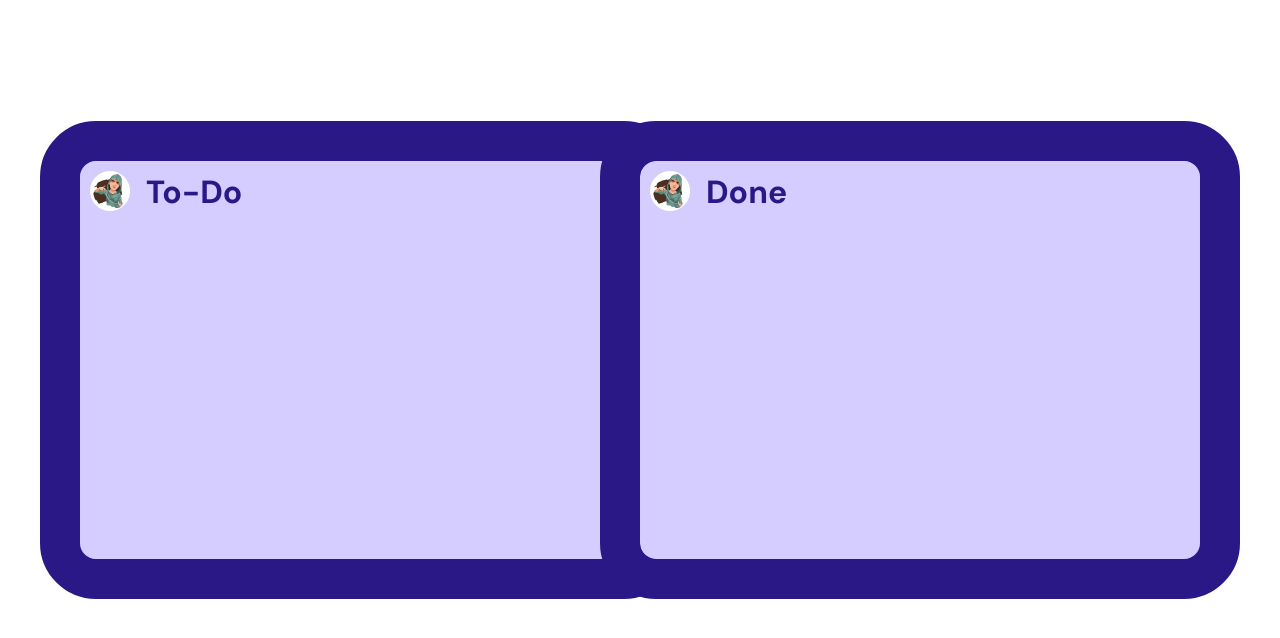
Repository: VitasYo/Kanban
Page: index.html
These files come from the project's save history. The page is drawn as it stood at one moment and after the next save; the edit follows.
The browser window is 1280 px wide. The pictures show the whole page.

Above is the page before, as saved 2024-04-14 23:33:45.

### index.html
<!DOCTYPE html>
<html lang="en">
<head>
  <meta charset="UTF-8">
  <meta name="viewport" content="width=device-width, initial-scale=1.0">
  <link rel="stylesheet" href="./src/assets/css/index.css">
  <title>To-Do-List-Kanban</title>
</head>
<body>
  <main class="kanban">
    <section class="kanban__column kanban__column_to_do">
      <div class="kanban__title_and_icon">
        <img height=40 width=40 src="src/assets/img/Avatar.jpg" alt="Аватар">
        <h2 class="kanban__title">To-Do</h2>
      </div>

    </section>

    <section class="kanban__column kanban__column--done">
      <div class="kanban__title_and_icon">
        <img height=40 width=40 src="src/assets/img/Avatar.jpg" alt="Аватар">
        <h2 class="kanban__title">Done</h2>
      </div>
    </section>
  </main>
  </body>
<script src="./src/assets/js/index.js"></script>
</html>

### src/assets/css/index.css
@import url('https://fonts.googleapis.com/css2?family=DM+Sans:opsz,wght@9..40,100;9..40,200;9..40,300;9..40,400;9..40,500;9..40,600;9..40,700;9..40,800;9..40,900;9..40,1000&display=swap');
@import './component/_kanban.css';
@import './_media.css';



* {
  font-family: 'DM Sans', sans-serif;
}

* {
  box-sizing: border-box;
  margin: 0;
  padding: 0;
}

body {
  font-family: 'Arial', sans-serif;
  background-color: white;
  color: white;
  display: flex;
  flex-direction: column;
  min-height: 100vh;
}


.header__title,
.footer__text {
  margin: 0;
  padding: 10px 0;
}

.container {
  width: 100%;
  padding-right: 15px;
  padding-left: 15px;
  margin-right: auto;
  margin-left: auto;
}

### src/assets/css/component/_kanban.css
.kanban {
    display: flex;
    flex-wrap: wrap;
    justify-content: space-around;
    flex-grow: 1;
    flex: 0 0 100%;
    border-radius: 32px;
    background-color: #2B1887;
    display: grid;
    grid-template-columns: 1fr 1fr;
    margin: auto;
}

.kanban__column {
    height: 398px;
    width: 560px;
    background-color: #D5CCFF;
    outline: 40px solid #2B1887;
    border-radius: 16px;
    padding: 10px;
}

.kanban__title {
    color: #2B1887;
    font-size: 32px;
    margin-bottom: 24px;
    padding-left: 16px;
}

.kanban__title_and_icon {
    display: flex;
}

### src/assets/css/_media.css
@media (min-width: 576px) {
    .container {
        max-width: 540px;
    }
}

@media (min-width: 768px) {
    .container {
        max-width: 720px;
    }
}

@media (min-width: 992px) {
    .container {
        max-width: 960px;
    }
}

@media (min-width: 1200px) {
    .container {
        max-width: 1140px;
    }
}

@media (min-width: 1400px) {
    .container {
        max-width: 1320px;
    }
}

@media screen and (min-width: 640px) {
    .kanban__column {
        flex: 0 0 calc(33.333% - 20px);
    }
}

Loaded but not shown: src/assets/js/index.js (no stored copy; drawn as an empty file)

After the next save:
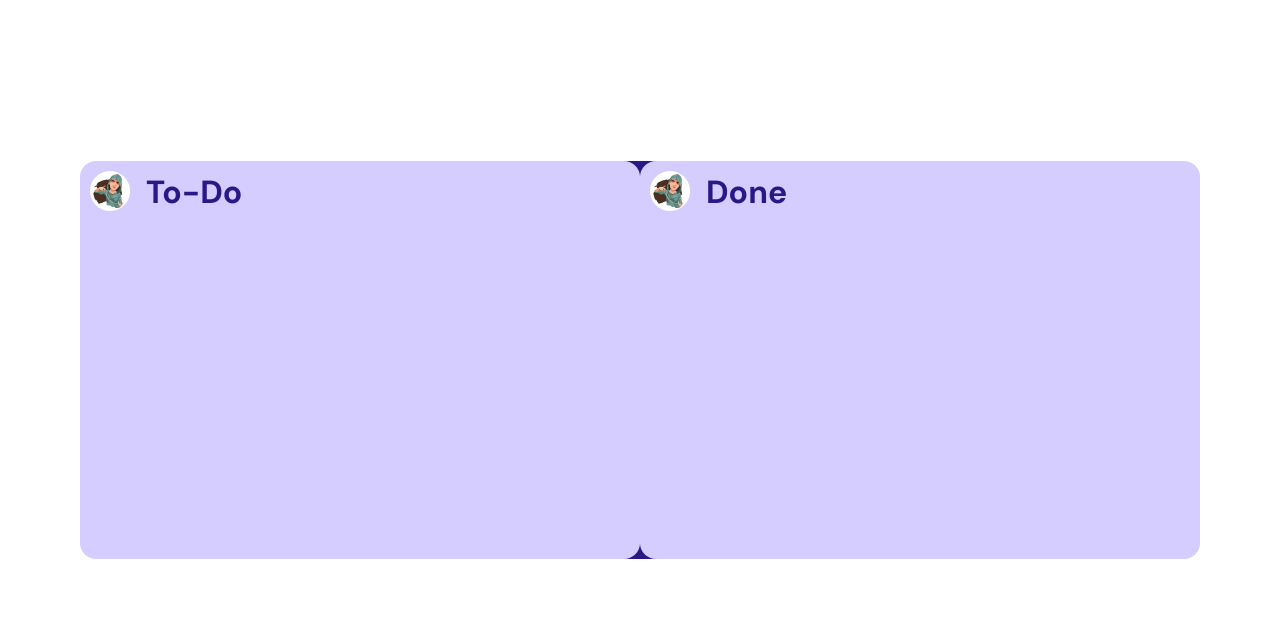
Saved 5 s later.
--- a/src/assets/css/component/_kanban.css
+++ b/src/assets/css/component/_kanban.css
@@ -15,7 +15,7 @@
     height: 398px;
     width: 560px;
     background-color: #D5CCFF;
-    outline: 40px solid #2B1887;
+    bor: 40px solid #2B1887;
     border-radius: 16px;
     padding: 10px;
 }
